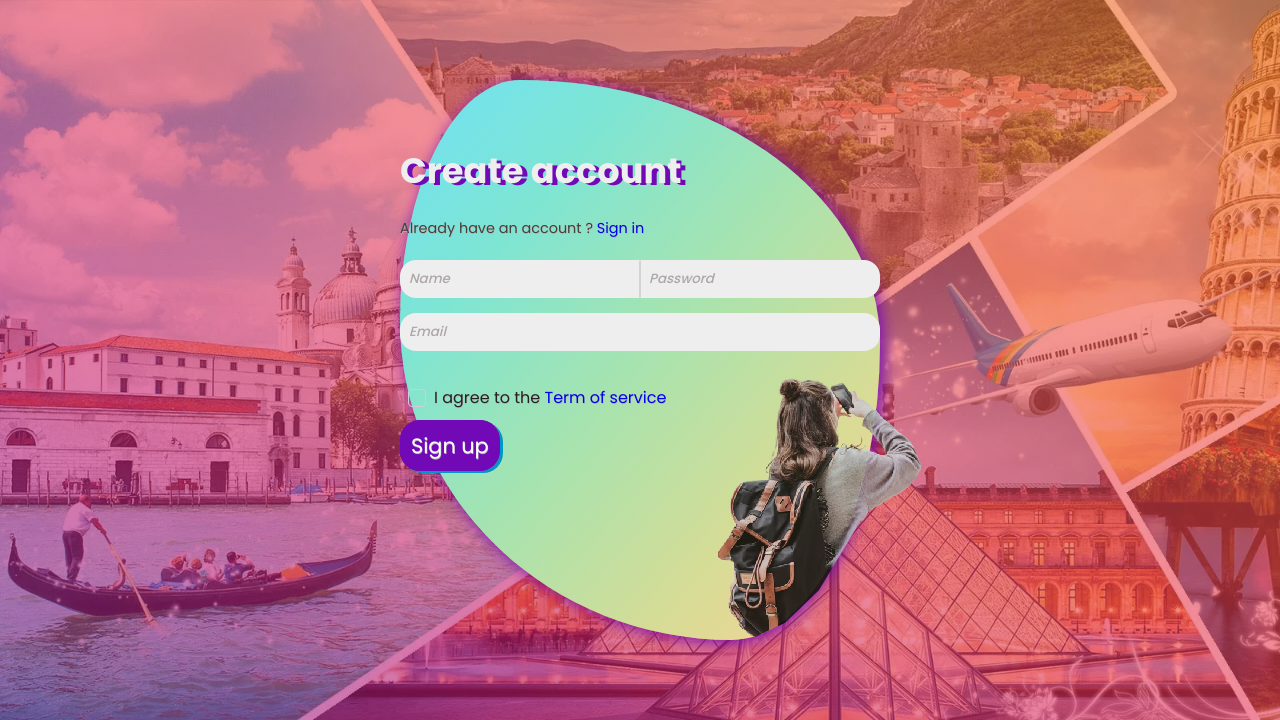
Repository: Yuukicoder/Techfest1
Page: signup.html
An editor plug-in stored every save of this project. The page is shown before and after the next save, followed by the edit.
The browser window is 1280 px wide. The pictures show the whole page.
Some web fonts or font styles are not loaded; a fallback is used.

Above is the page before, as saved 2022-11-05 21:45:45.

After the next save:
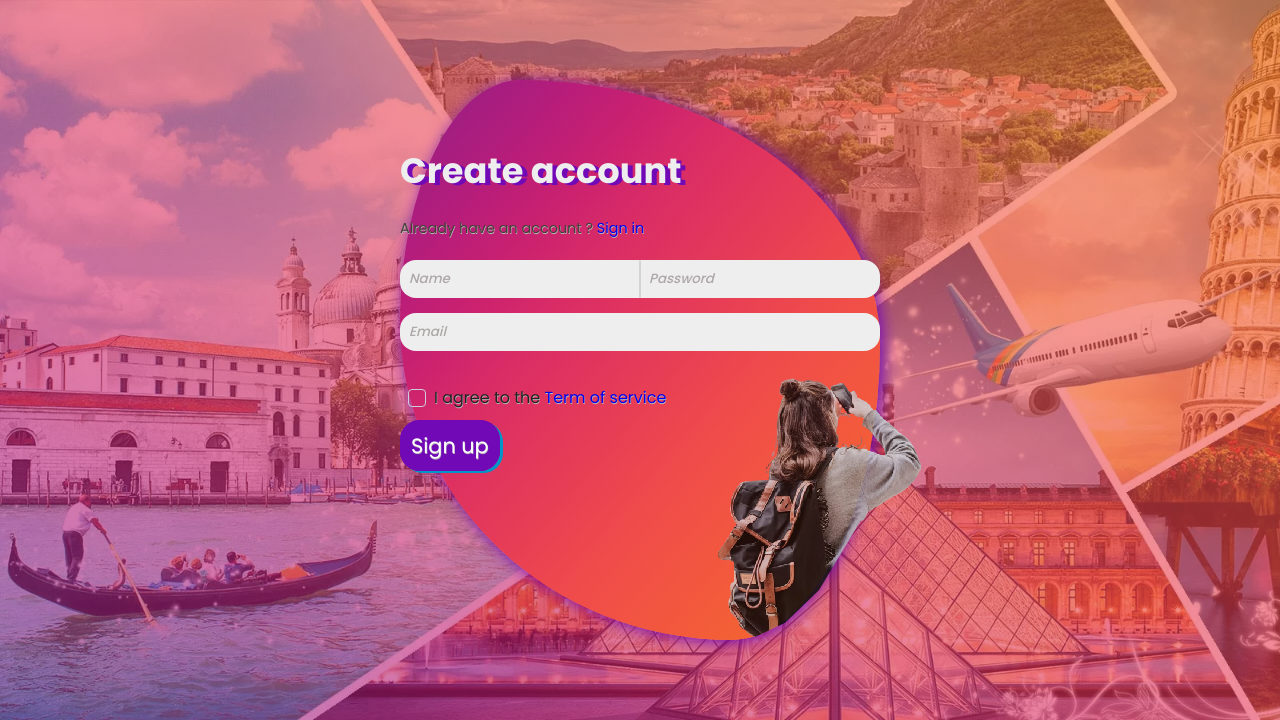
Saved 46 s later.
--- a/signup.css
+++ b/signup.css
@@ -75,11 +75,18 @@ img {
 .box {
   background-image: linear-gradient(
     to right bottom,
-    #70e1f5,
-    #7ee5d3,
-    #a7e3af,
-    #d5dc96,
-    #ffd194
+    #8a2387,
+    #a21e81,
+    #b71d7a,
+    #ca2170,
+    #d92c66,
+    #e2355d,
+    #e93f54,
+    #ef4b4b,
+    #f25442,
+    #f35d38,
+    #f3672d,
+    #f27121
   );
   border-radius: 25% 75% 31% 69% / 43% 47% 53% 57%;
   height: 35rem;
